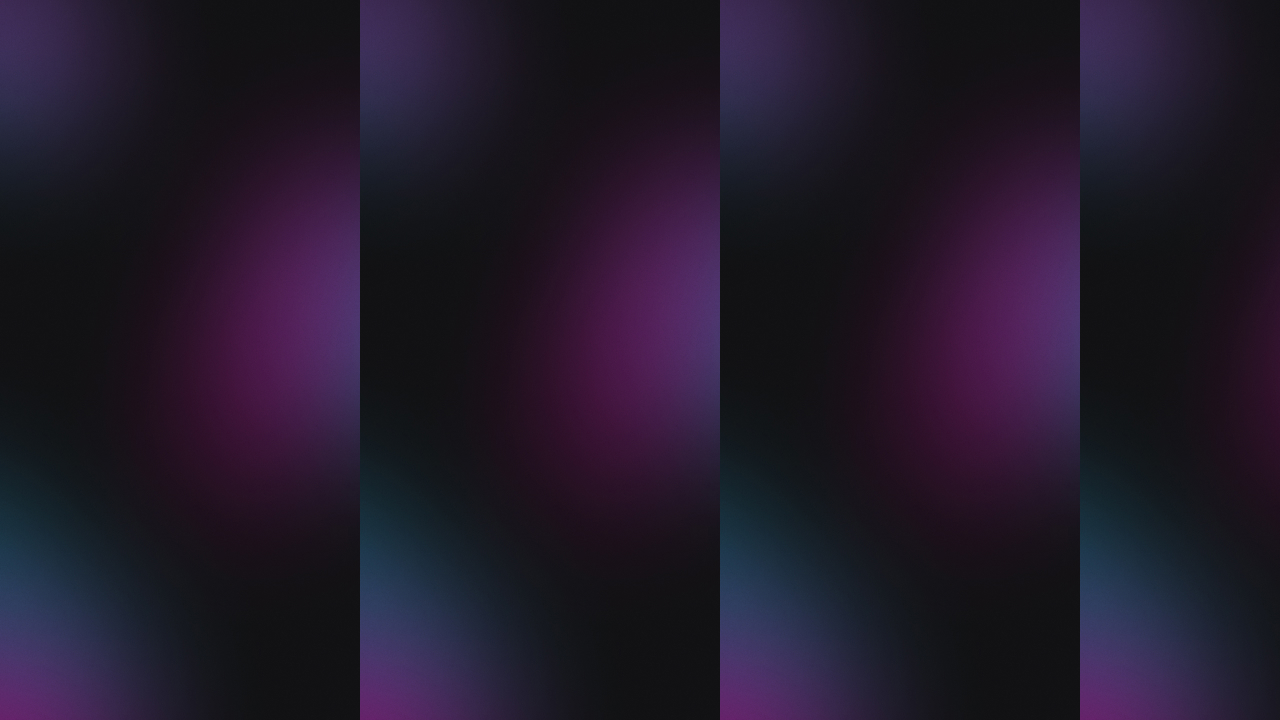
Repository: Fr4nc021/Pagina-de-links-
Page: index.html
The author's editor kept a copy of each file at every save. The page is drawn from the files as they stood at one save, then again after the next save.
The browser window is 1280 px wide. The pictures show the whole page.

Above is the page before, as saved 2025-02-06 17:35:01.

After the next save:
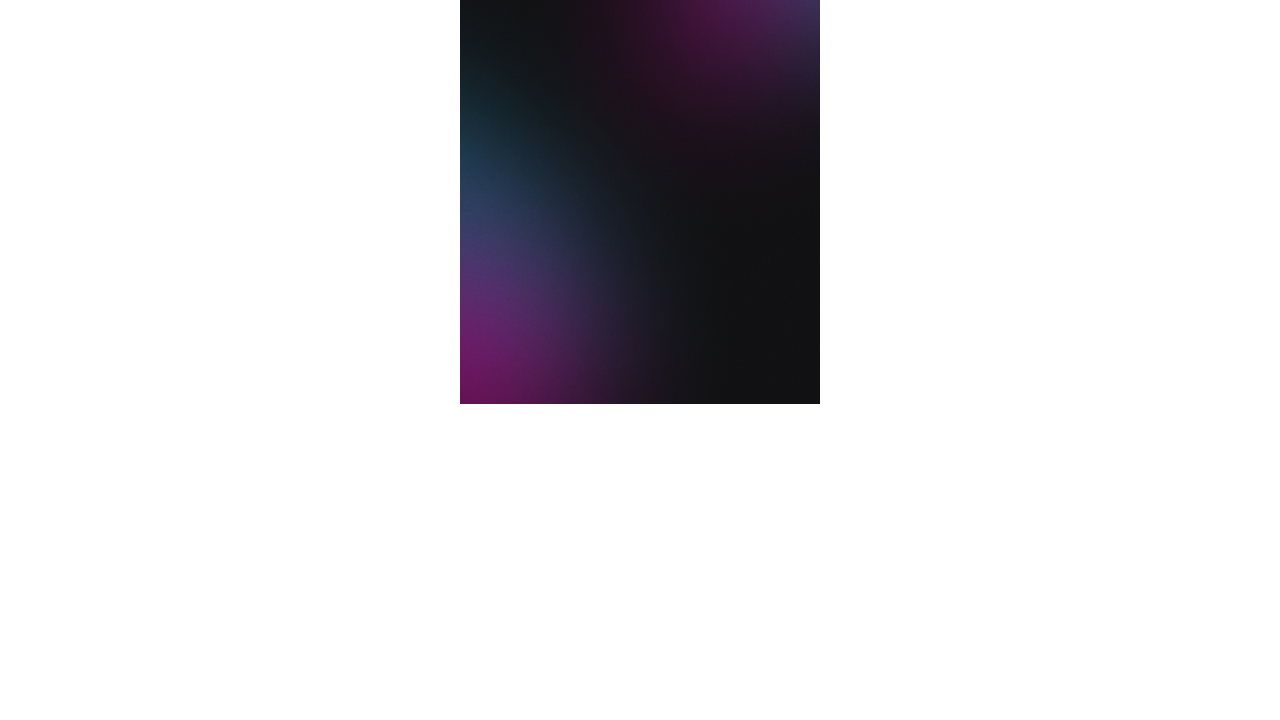
Saved 7 min 31 s later.
--- a/style.css
+++ b/style.css
@@ -1,4 +1,5 @@
 body {
     background-image: url(./assets/bg-mobile.jpg);
-
+    background-repeat: no-repeat;
+    background-position: center;
 }
